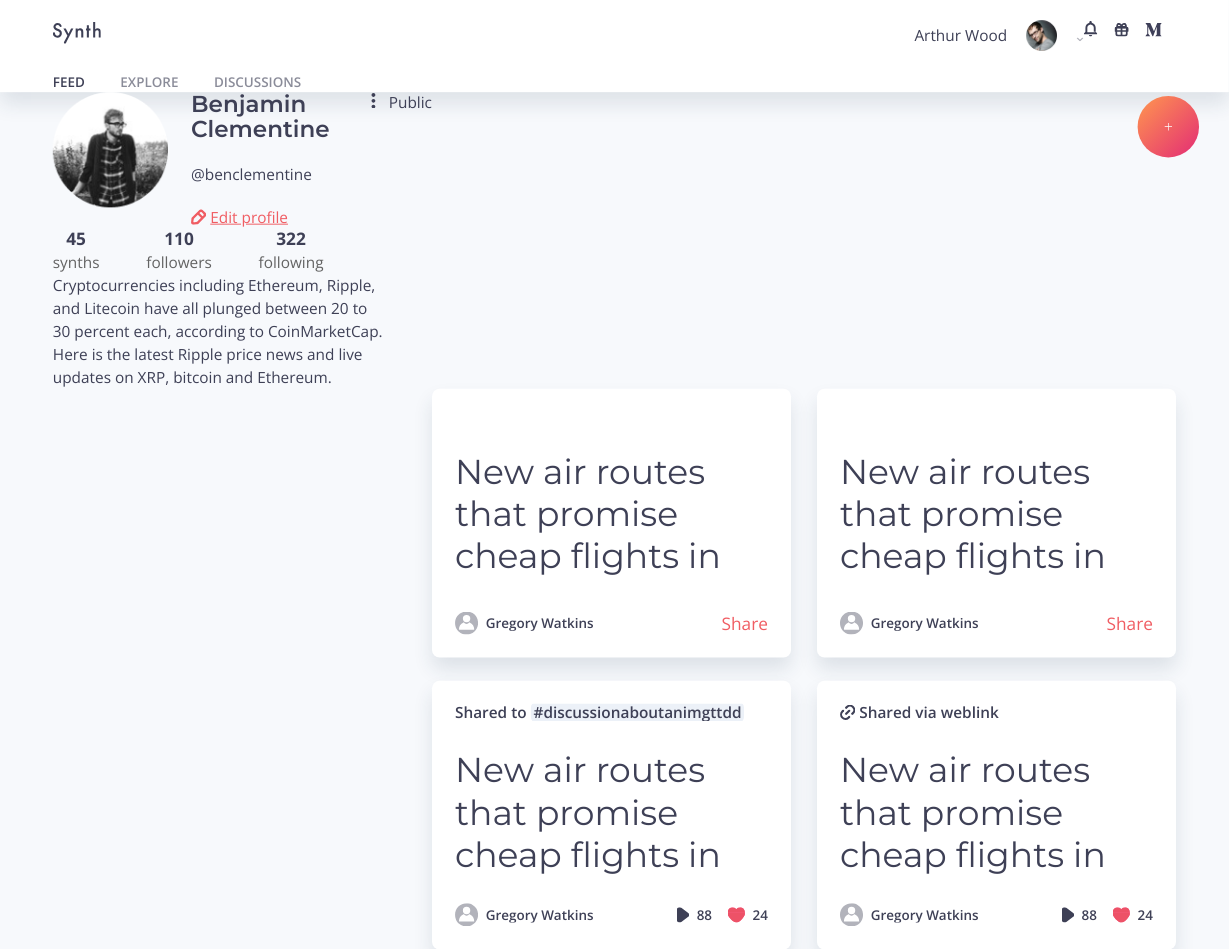
Repository: ecspetra/swivl-test-task
Page: index.html
The author's editor kept a copy of each file at every save. The page is drawn from the files as they stood at one save, then again after the next save.
The browser window is 1280 px wide. The pictures show the whole page, at 96% of full size.
The style sheet was rebuilt from its Sass, Less or Tailwind sources for each picture, by a compiler version that may differ from the author's.

Above is the page before, as saved 2021-12-10 10:47:01.

### index.html
<!DOCTYPE html>
<html lang="en">

<head>
    <meta charset="UTF-8">
    <meta http-equiv="X-UA-Compatible" content="IE=edge">
    <meta name="viewport" content="width=device-width, initial-scale=1.0">
    <link rel="stylesheet" href="css/style.css">
    <link rel="preconnect" href="https://fonts.googleapis.com">
    <link rel="preconnect" href="https://fonts.gstatic.com" crossorigin>
    <link
        href="https://fonts.googleapis.com/css2?family=Montserrat:wght@400;600&family=Open+Sans:wght@400;600;700&display=swap"
        rel="stylesheet">
    <title>Synth User Profile</title>
</head>

<body>
    <header>
        <div class="header">
            <div class="header__logo-wrapper">
                <img class="header__logo" src="img/synth-logotype.svg" alt="synth-logotype">
            </div>
            <div class="header__profile">
                <div class="header__user">
                    <p class="header__username">Arthur Wood</p>
                    <div class="header__avatar-wrapper">
                        <img class="header__avatar" src="img/header__avatar.png" alt="avatar">
                    </div>
                    <div class="header__arrow-wrapper">
                        <svg class="header__arrow-icon" id="ba6410b2-2881-4fc2-923a-a8db5a3872e4" data-name="Слой 1"
                            xmlns="http://www.w3.org/2000/svg" viewBox="0 0 10 6">
                            <defs>
                                <style>
                                    .f6cb09cf-160b-4058-9ce5-6ae66b7c591d {
                                        fill: #3e4056;
                                    }
                                </style>
                            </defs>
                            <path class="f6cb09cf-160b-4058-9ce5-6ae66b7c591d"
                                d="M5,6a1,1,0,0,1-.71-.29l-4-4A1,1,0,0,1,1.71.29L5,3.59,8.29.29A1,1,0,1,1,9.71,1.71l-4,4A1,1,0,0,1,5,6Z" />
                        </svg>
                    </div>
                </div>
                <div class="header__icons">
                    <div class="header__icon-wrapper">
                        <svg class="header__notifications-icon" width="14" height="16" viewBox="0 0 14 16" fill="none"
                            xmlns="http://www.w3.org/2000/svg">
                            <mask id="path-1-inside-1_0_47" fill="white">
                                <path fill-rule="evenodd" clip-rule="evenodd"
                                    d="M8.64706 14.4C8.64706 15.28 7.90588 16 7 16C6.09412 16 5.35294 15.28 5.35294 14.4H6.64706H7H7.35294H8.64706ZM7 3.51197L6.2133 3.69304C4.69773 4.04187 3.64706 5.33599 3.64706 6.8V11.2V11.6H11.9644L12.3529 11.2L12.7647 11.6L14 12.8V13.6H13.2229H12H11.9532H2.04679H2H0.777143H0V12.8L1.23529 11.6L1.64706 11.2V6.8C1.64706 4.344 3.40118 2.288 5.76471 1.744V1.2C5.76471 0.536 6.31647 0 7 0C7.68353 0 8.23529 0.536 8.23529 1.2V1.744C10.5988 2.288 12.3529 4.344 12.3529 6.8V11.2H10.3529V6.8C10.3529 5.33599 9.30227 4.04187 7.7867 3.69304L7 3.51197Z" />
                            </mask>
                            <path
                                d="M8.64706 14.4H10.6471V12.4H8.64706V14.4ZM5.35294 14.4V12.4H3.35294V14.4H5.35294ZM6.2133 3.69304L6.6619 5.64208H6.6619L6.2133 3.69304ZM7 3.51197L7.4486 1.56293L7 1.45968L6.5514 1.56293L7 3.51197ZM3.64706 11.6H1.64706V13.6H3.64706V11.6ZM11.9644 11.6V13.6H12.8098L13.3989 12.9936L11.9644 11.6ZM12.7647 11.6L11.3711 13.0346L12.7647 11.6ZM14 12.8H16V11.9545L15.3936 11.3654L14 12.8ZM14 13.6V15.6H16V13.6H14ZM0 13.6H-2V15.6H0V13.6ZM0 12.8L-1.39357 11.3654L-2 11.9545V12.8H0ZM1.23529 11.6L-0.158278 10.1654H-0.158278L1.23529 11.6ZM1.64706 11.2L3.04063 12.6346L3.64706 12.0455V11.2H1.64706ZM5.76471 1.744L6.2133 3.69304L7.76471 3.33596V1.744H5.76471ZM8.23529 1.744H6.23529V3.33596L7.78669 3.69304L8.23529 1.744ZM10.3529 11.2H8.35294V13.2H10.3529V11.2ZM7.7867 3.69304L7.3381 5.64208H7.3381L7.7867 3.69304ZM7 18C8.95541 18 10.6471 16.4388 10.6471 14.4H6.64706C6.64706 14.1212 6.85636 14 7 14V18ZM3.35294 14.4C3.35294 16.4388 5.04459 18 7 18V14C7.14364 14 7.35294 14.1212 7.35294 14.4H3.35294ZM6.64706 12.4H5.35294V16.4H6.64706V12.4ZM7 12.4H6.64706V16.4H7V12.4ZM7.35294 12.4H7V16.4H7.35294V12.4ZM8.64706 12.4H7.35294V16.4H8.64706V12.4ZM6.6619 5.64208L7.4486 5.46101L6.5514 1.56293L5.76471 1.744L6.6619 5.64208ZM5.64706 6.8C5.64706 6.32045 6.00193 5.79398 6.6619 5.64208L5.76471 1.744C3.39352 2.28976 1.64706 4.35153 1.64706 6.8H5.64706ZM5.64706 11.2V6.8H1.64706V11.2H5.64706ZM5.64706 11.6V11.2H1.64706V11.6H5.64706ZM11.9644 9.6H3.64706V13.6H11.9644V9.6ZM10.9184 9.80643L10.5298 10.2064L13.3989 12.9936L13.7875 12.5936L10.9184 9.80643ZM14.1583 10.1654L13.7465 9.76544L10.9594 12.6346L11.3711 13.0346L14.1583 10.1654ZM15.3936 11.3654L14.1583 10.1654L11.3711 13.0346L12.6064 14.2346L15.3936 11.3654ZM16 13.6V12.8H12V13.6H16ZM13.2229 15.6H14V11.6H13.2229V15.6ZM12 15.6H13.2229V11.6H12V15.6ZM11.9532 15.6H12V11.6H11.9532V15.6ZM2.04679 15.6H11.9532V11.6H2.04679V15.6ZM2 15.6H2.04679V11.6H2V15.6ZM0.777143 15.6H2V11.6H0.777143V15.6ZM0 15.6H0.777143V11.6H0V15.6ZM-2 12.8V13.6H2V12.8H-2ZM-0.158278 10.1654L-1.39357 11.3654L1.39357 14.2346L2.62887 13.0346L-0.158278 10.1654ZM0.253487 9.76544L-0.158278 10.1654L2.62887 13.0346L3.04063 12.6346L0.253487 9.76544ZM-0.352941 6.8V11.2H3.64706V6.8H-0.352941ZM5.31611 -0.20504C2.10462 0.534128 -0.352941 3.35201 -0.352941 6.8H3.64706C3.64706 5.33599 4.69773 4.04187 6.2133 3.69304L5.31611 -0.20504ZM3.76471 1.2V1.744H7.76471V1.2H3.76471ZM7 -2C5.26695 -2 3.76471 -0.622824 3.76471 1.2H7.76471C7.76471 1.69482 7.36599 2 7 2V-2ZM10.2353 1.2C10.2353 -0.622824 8.73305 -2 7 -2V2C6.63401 2 6.23529 1.69482 6.23529 1.2H10.2353ZM10.2353 1.744V1.2H6.23529V1.744H10.2353ZM14.3529 6.8C14.3529 3.35201 11.8954 0.534128 8.68389 -0.20504L7.78669 3.69304C9.30227 4.04187 10.3529 5.33599 10.3529 6.8H14.3529ZM14.3529 11.2V6.8H10.3529V11.2H14.3529ZM10.3529 13.2H12.3529V9.2H10.3529V13.2ZM8.35294 6.8V11.2H12.3529V6.8H8.35294ZM7.3381 5.64208C7.99807 5.79398 8.35294 6.32045 8.35294 6.8H12.3529C12.3529 4.35153 10.6065 2.28976 8.23529 1.744L7.3381 5.64208ZM6.5514 5.46101L7.3381 5.64208L8.23529 1.744L7.4486 1.56293L6.5514 5.46101Z"
                                fill="#3E4056" mask="url(#path-1-inside-1_0_47)" />
                        </svg>
                    </div>
                    <div class="header__icon-wrapper">
                        <svg class="header__share-icon" id="b2f878dd-77d2-4c09-b9a4-707f73bc2f55" data-name="Слой 1"
                            xmlns="http://www.w3.org/2000/svg" viewBox="0 0 16 15.42">
                            <defs>
                                <style>
                                    .bae8df2b-01c6-49e5-bc60-1f7b441e47a7 {
                                        fill: #3e4056;
                                    }
                                </style>
                            </defs>
                            <g id="b9b9b8c9-97a8-42bd-8cda-88f7a0d50de3" data-name="Rectangle 10">
                                <path class="bae8df2b-01c6-49e5-bc60-1f7b441e47a7"
                                    d="M12,15.42H4a3,3,0,0,1-3-3v-6a3,3,0,0,1,3-3h8a3,3,0,0,1,3,3v6A3,3,0,0,1,12,15.42Zm-8-10a1,1,0,0,0-1,1v6a1,1,0,0,0,1,1h8a1,1,0,0,0,1-1v-6a1,1,0,0,0-1-1Z" />
                            </g>
                            <g id="ac1fcabc-fe41-4ad4-8f2c-08a9574db54f" data-name="Oval 6 Copy 3">
                                <path class="bae8df2b-01c6-49e5-bc60-1f7b441e47a7"
                                    d="M5.56,6.07a4.5,4.5,0,0,1-1.48-.24A3.16,3.16,0,0,1,2.34,4.28,2.93,2.93,0,0,1,2.21,2,3,3,0,0,1,6.13.19a4.73,4.73,0,0,1,2,1.52,2.74,2.74,0,0,1,.64,2.64C8.35,5.56,6.89,6.07,5.56,6.07ZM5.05,2a1,1,0,0,0-1,.64.94.94,0,0,0,0,.75A1.09,1.09,0,0,0,4.77,4a2.41,2.41,0,0,0,2.14-.28A1.13,1.13,0,0,0,6.58,3a2.88,2.88,0,0,0-1.13-.88A1.09,1.09,0,0,0,5.05,2Z" />
                            </g>
                            <g id="abe7f8d5-9a70-44fc-800c-0d9336f48a5e" data-name="Oval 6 Copy 4">
                                <path class="bae8df2b-01c6-49e5-bc60-1f7b441e47a7"
                                    d="M10.44,6.07c-1.33,0-2.79-.51-3.23-1.72a2.74,2.74,0,0,1,.64-2.64,4.73,4.73,0,0,1,2-1.52A3,3,0,0,1,13.79,2a3.05,3.05,0,0,1-1.87,3.87A4.5,4.5,0,0,1,10.44,6.07ZM11,2a1.09,1.09,0,0,0-.4.07A2.88,2.88,0,0,0,9.42,3a1.13,1.13,0,0,0-.33.72A2.42,2.42,0,0,0,11.23,4h0a1,1,0,0,0,.68-1.31A1,1,0,0,0,11,2Z" />
                            </g>
                            <g id="ba091cbe-8ec9-403f-a7b6-b61023df330d" data-name="Rectangle 11">
                                <rect class="bae8df2b-01c6-49e5-bc60-1f7b441e47a7" x="7" y="4.42" width="2"
                                    height="10" />
                            </g>
                            <path class="bae8df2b-01c6-49e5-bc60-1f7b441e47a7"
                                d="M14,4.12H2a2,2,0,0,0-2,2v3a1,1,0,0,0,1,1H15a1,1,0,0,0,1-1v-3A2,2,0,0,0,14,4.12Zm0,4.06H2V6.12H14Z" />
                        </svg>
                    </div>
                    <div class="header__icon-wrapper">
                        <svg class="header__medium-icon" width="16" height="13" viewBox="0 0 16 13" fill="none"
                            xmlns="http://www.w3.org/2000/svg">
                            <path
                                d="M1.89729 2.65197C1.91717 2.45096 1.84227 2.25228 1.69561 2.11699L0.201681 0.275132V0H4.84034L8.42577 8.04762L11.578 0H16V0.275132L14.7227 1.52851C14.6126 1.61442 14.5579 1.75561 14.5808 1.89536V11.1046C14.5579 11.2444 14.6126 11.3856 14.7227 11.4715L15.9701 12.7249V13H9.69561V12.7249L10.9879 11.4409C11.1148 11.311 11.1148 11.2728 11.1148 11.0741V3.63022L7.52194 12.9694H7.03641L2.85341 3.63022V9.88948C2.81853 10.1526 2.90393 10.4176 3.08497 10.6079L4.76564 12.6943V12.9694H0V12.6943L1.68067 10.6079C1.86039 10.4173 1.94081 10.1506 1.89729 9.88948V2.65197Z"
                                fill="#3E3F58" />
                        </svg>
                    </div>
                </div>
            </div>
            <div class="header__btn-wrapper">
                <button class="header__btn">
                    <img class="header__plus-icon" src="img/plus-icon.svg" alt="plus-btn">
                </button>
            </div>
        </div>
        <div class="header__navigation-wrapper">
            <nav class="header__navigation">
                <ul class="navigation-list">
                    <li><a href="#" class="navigation-list__item navigation-list__item__active">Feed</a></li>
                    <li><a href="#" class="navigation-list__item">Explore</a></li>
                    <li><a href="#" class="navigation-list__item">Discussions</a></li>
                </ul>
            </nav>
        </div>

    </header>
    <main>
        <section>
            <div class="profile">
                <div class="profile__user-details">
                    <div class="profile__general">
                        <div class="profile__avatar-wrapper">
                            <img class="profile__avatar" src="img/profile__avatar.png" alt="avatar">
                        </div>
                        <div class="profile__name-wrapper">
                            <h2 class="profile__name">Benjamin Clementine</h2>
                            <div class="profile__dots-wrapper">
                                <img class="profile__dots" src="img/dots.svg" alt="show-actions">
                            </div>
                        </div>
                        <p class="profile__instagram">@benclementine</p>
                        <a class="profile__edit-btn" href="#">Edit profile</a>
                    </div>
                    <div class="profile__statistics">
                        <p class="profile__synths"><span>45</span><br>synths</p>
                        <p class="profile__followers"><span>110</span><br>followers</p>
                        <p class="profile__following"><span>322</span><br>following</p>
                    </div>
                    <p class="profile__description">Cryptocurrencies including Ethereum, Ripple, and Litecoin have all
                        plunged between 20 to 30 percent each, according to CoinMarketCap. Here is the latest Ripple
                        price news and live updates on XRP, bitcoin and Ethereum.</p>
                </div>

                <div class="profile__switcher">Public</div>

                <div class="profile__cards-wrapper">
                    <article class="profile-card">
                        <h1 class="profile-card__headline">New air routes that promise cheap flights in</h1>
                        <div class="profile-card__bottom">
                            <div class="profile-card__author-wrapper">
                                <div class="profile-card__author-photo">
                                    <img class="profile-card__author" src="img/user-default.svg" alt="author">
                                </div>
                                <a class="profile-card__author-name" href="#">Gregory Watkins</a>
                            </div>
                            <div class="profile-card__actions-wrapper">
                                <div class="profile-card__share-wrapper">
                                    <a class="profile-card__share-link" href="#">Share</a>
                                </div>
                            </div>
                        </div>
                    </article>
                    <article class="profile-card">
                        <h1 class="profile-card__headline">New air routes that promise cheap flights in</h1>
                        <div class="profile-card__bottom">
                            <div class="profile-card__author-wrapper">
                                <div class="profile-card__author-photo">
                                    <img class="profile-card__author" src="img/user-default.svg" alt="author">
                                </div>
                                <a class="profile-card__author-name" href="#">Gregory Watkins</a>
                            </div>
                            <div class="profile-card__actions-wrapper">
                                <div class="profile-card__share-wrapper">
                                    <a class="profile-card__share-link" href="#">Share</a>
                                </div>
                            </div>
                        </div>
                    </article>
                    <article class="profile-card">
                        <p class="profile-card__top">Shared to <span>#discussionaboutanimgttdd</span></p>
                        <h1 class="profile-card__headline">New air routes that promise cheap flights in</h1>
                        <div class="profile-card__bottom">
                            <div class="profile-card__author-wrapper">
                                <div class="profile-card__author-photo">
                                    <img class="profile-card__author" src="img/user-default.svg" alt="author">
                                </div>
                                <a class="profile-card__author-name" href="#">Gregory Watkins</a>
                            </div>
                            <div class="profile-card__actions-wrapper">
                                <div class="profile-card__icon-wrapper">
                                    <img class="profile-card__icon" src="img/icon_view.svg" alt="view-icon">
                                    <p class="profile-card__icon-counter">88</p>
                                </div>
                                <div class="profile-card__icon-wrapper">
                                    <img class="profile-card__icon" src="img/icon-like.svg" alt="like-icon">
                                    <p class="profile-card__icon-counter">24</p>
                                </div>
                            </div>
                        </div>
                    </article>
                    <article class="profile-card">
                        <p class="profile-card__top weblink-shared">Shared via weblink</p>
                        <h1 class="profile-card__headline">New air routes that promise cheap flights in</h1>
                        <div class="profile-card__bottom">
                            <div class="profile-card__author-wrapper">
                                <div class="profile-card__author-photo">
                                    <img class="profile-card__author" src="img/user-default.svg" alt="author">
                                </div>
                                <a class="profile-card__author-name" href="#">Gregory Watkins</a>
                            </div>
                            <div class="profile-card__actions-wrapper">
                                <div class="profile-card__icon-wrapper">
                                    <img class="profile-card__icon" src="img/icon_view.svg" alt="view-icon">
                                    <p class="profile-card__icon-counter">88</p>
                                </div>
                                <div class="profile-card__icon-wrapper">
                                    <img class="profile-card__icon" src="img/icon-like.svg" alt="like-icon">
                                    <p class="profile-card__icon-counter">24</p>
                                </div>
                            </div>
                        </div>
                    </article>
                </div>
            </div>
        </section>
    </main>

</body>

</html>

Loaded but not shown: scss/style.scss (527 lines, source omitted)

After the next save:
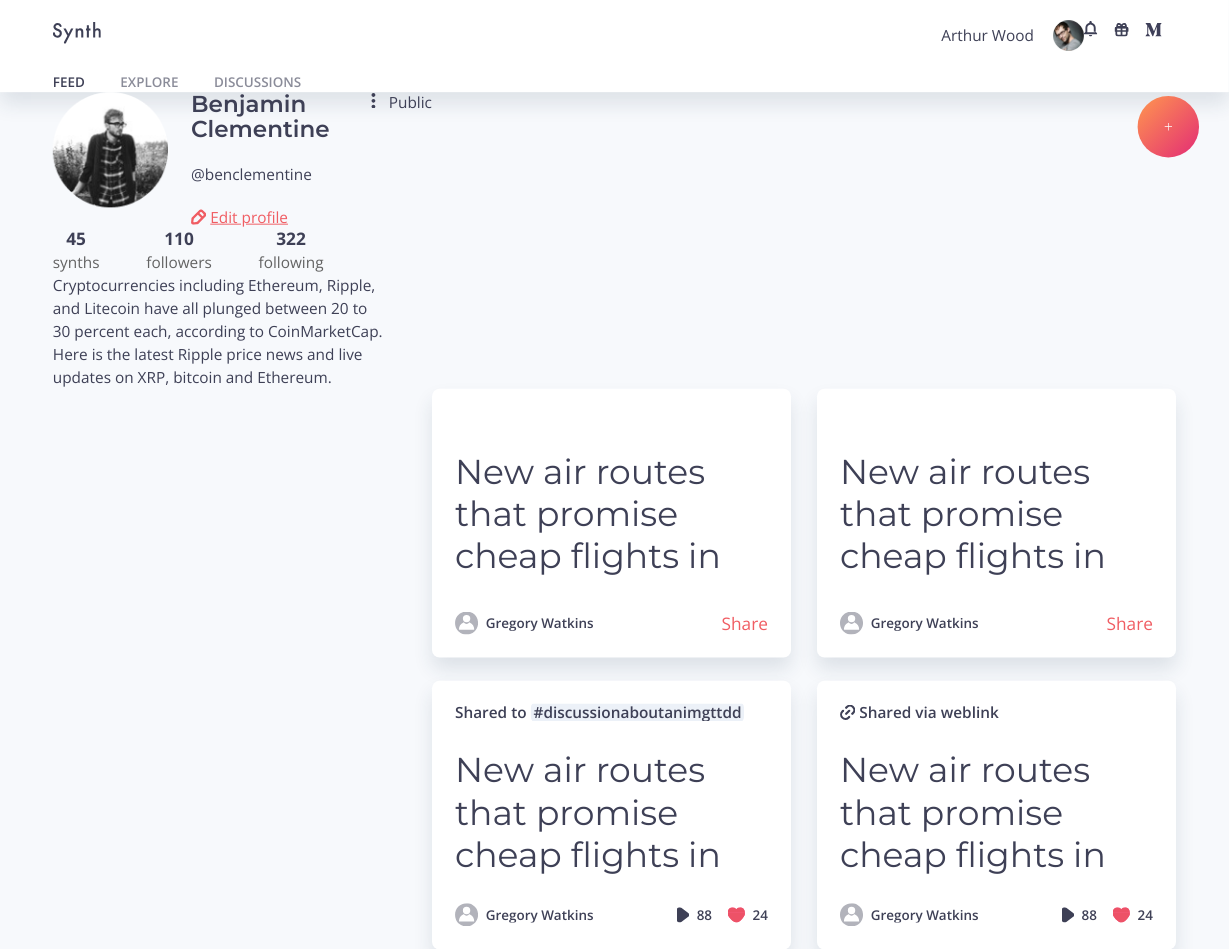
Saved 19 s later.
--- a/index.html
+++ b/index.html
@@ -25,20 +25,6 @@
                     <p class="header__username">Arthur Wood</p>
                     <div class="header__avatar-wrapper">
                         <img class="header__avatar" src="img/header__avatar.png" alt="avatar">
-                    </div>
-                    <div class="header__arrow-wrapper">
-                        <svg class="header__arrow-icon" id="ba6410b2-2881-4fc2-923a-a8db5a3872e4" data-name="Слой 1"
-                            xmlns="http://www.w3.org/2000/svg" viewBox="0 0 10 6">
-                            <defs>
-                                <style>
-                                    .f6cb09cf-160b-4058-9ce5-6ae66b7c591d {
-                                        fill: #3e4056;
-                                    }
-                                </style>
-                            </defs>
-                            <path class="f6cb09cf-160b-4058-9ce5-6ae66b7c591d"
-                                d="M5,6a1,1,0,0,1-.71-.29l-4-4A1,1,0,0,1,1.71.29L5,3.59,8.29.29A1,1,0,1,1,9.71,1.71l-4,4A1,1,0,0,1,5,6Z" />
-                        </svg>
                     </div>
                 </div>
                 <div class="header__icons">
